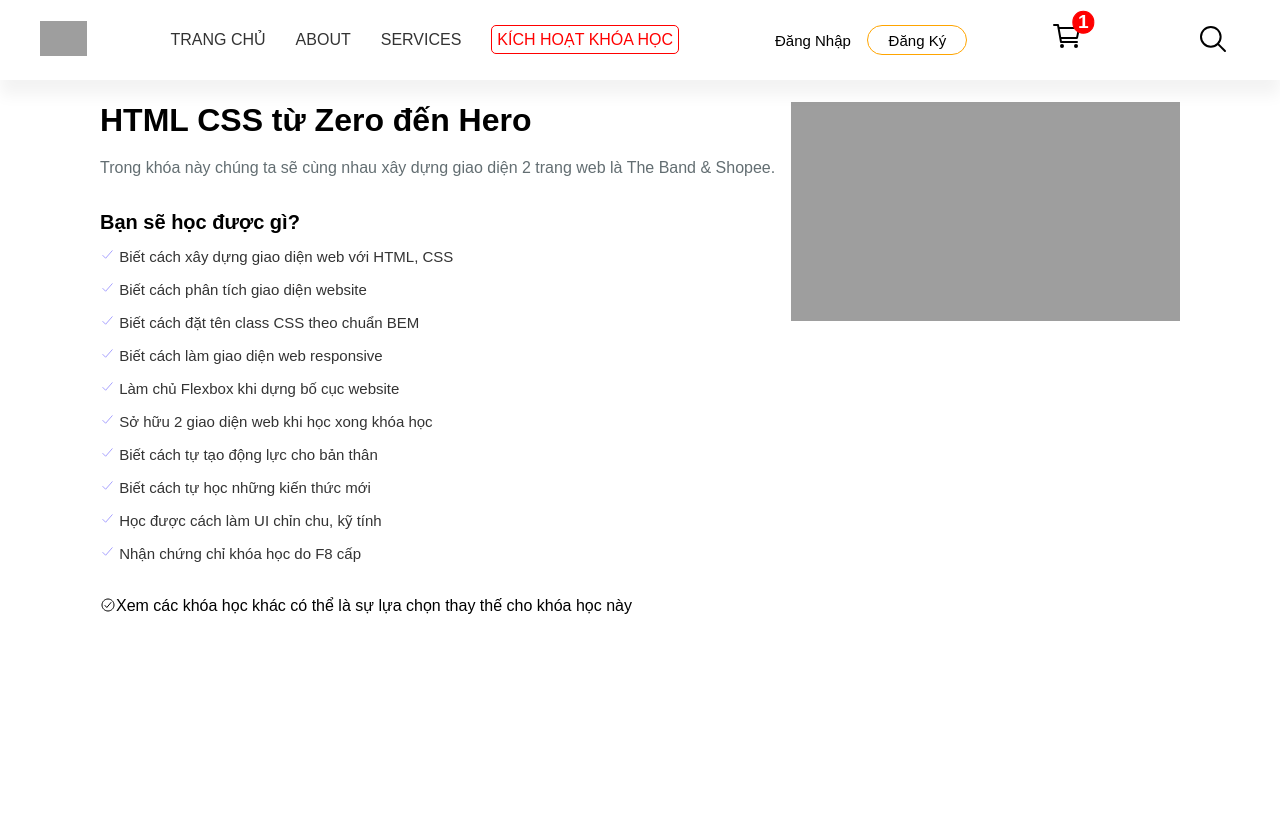
Repository: hoanghuuphuc/hoanghuuphuc
Page: details.html
An editor plug-in stored every save of this project. The page is shown before and after the next save, followed by the edit.
The browser window is 1280 px wide. The pictures show the whole page.
Pictures or frames that could not be fetched are drawn as grey boxes.

Above is the page before, as saved 2022-12-11 21:48:19.
Console error: TypeError: Cannot read properties of null (reading 'addEventListener')

### details.html
<!DOCTYPE html>
<html lang="en">
  <head>
    <meta charset="UTF-8" />
    <meta http-equiv="X-UA-Compatible" content="IE=edge" />
    <meta name="viewport" content="width=device-width, initial-scale=1.0" />
    <title>Product-Details</title>
    <link rel="stylesheet" href="./style.css" />
    <link rel="stylesheet" href="./rps_mobile.css" />
    <link rel="preconnect" href="https://fonts.gstatic.com" />
  </head>
  <body>
    <header>
      <div class="logo">
        <a href="">
          <img id="img" src="./Img/logene.jfif" alt="" />
        </a>
      </div>
      <div class="group">
        <ul class="navigation">
          <li><a href="">Trang Chủ</a></li>
          <li><a href="">About</a></li>
          <li><a href="">Services</a></li>
          <li><a id="active" href="">Kích Hoạt Khóa Học</a></li>
        </ul>
      </div>
      <div class="User">
        <div class="but">
          <button>Đăng Nhập</button>
          <button>Đăng Ký</button>
        </div>
      </div>
      <div class="icons">
        <ion-icon name="cart-outline"></ion-icon>
        <span>1</span>
      </div>
      <div class="search">
        <span class="icon">
          <ion-icon name="search-outline" class="searchBtn"></ion-icon>
          <ion-icon name="close-outline" class="closeBtn"></ion-icon>
        </span>
      </div>
      <ion-icon name="menu-outline" class="menuToggle"></ion-icon>
      <div class="searchBox">
        <input type="text" placeholder="Search here . . ." />
      </div>
    </header>
    <div class="details-section">
      <div class="details-left">
        <div class="details-left-name">
          <h1>HTML CSS từ Zero đến Hero</h1>
          <span
            >Trong khóa này chúng ta sẽ cùng nhau xây dựng giao diện 2 trang web
            là The Band & Shopee.</span
          >
        </div>
        <span class="bonus">Bạn sẽ học được gì?</span>
        <div class="details-left-content">
          <ul>
            <li>
              <ion-icon name="checkmark-outline"></ion-icon>
              Biết cách xây dựng giao diện web với HTML, CSS
            </li>
            <li>
              <ion-icon name="checkmark-outline"></ion-icon>
              Biết cách phân tích giao diện website
            </li>
            <li>
              <ion-icon name="checkmark-outline"></ion-icon>
              Biết cách đặt tên class CSS theo chuẩn BEM
            </li>
            <li>
              <ion-icon name="checkmark-outline"></ion-icon>
              Biết cách làm giao diện web responsive
            </li>
            <li>
              <ion-icon name="checkmark-outline"></ion-icon>
              Làm chủ Flexbox khi dựng bố cục website
            </li>
          </ul>
          <ul>
            <li>
              <ion-icon name="checkmark-outline"></ion-icon>
              Sở hữu 2 giao diện web khi học xong khóa học
            </li>
            <li>
              <ion-icon name="checkmark-outline"></ion-icon>
              Biết cách tự tạo động lực cho bản thân
            </li>
            <li>
              <ion-icon name="checkmark-outline"></ion-icon>
              Biết cách tự học những kiến thức mới
            </li>
            <li>
              <ion-icon name="checkmark-outline"></ion-icon>
              Học được cách làm UI chỉn chu, kỹ tính
            </li>
            <li>
              <ion-icon name="checkmark-outline"></ion-icon>
              Nhận chứng chỉ khóa học do F8 cấp
            </li>
          </ul>
        </div>
        <div class="details-left-tag">
          <ion-icon name="checkmark-circle-outline"></ion-icon>
          <p>
            Xem các khóa học khác có thể là sự lựa chọn thay thế cho khóa học
            này
          </p>
        </div>
      </div>
      <div class="details-right">
        <div class="details-right-video">
          <iframe
            width="389"
            height="219"
            src="https://www.youtube.com/embed/YTDHcEJs684"
            title="YouTube video player"
            frameborder="0"
            allow="accelerometer; autoplay; clipboard-write; encrypted-media; gyroscope; picture-in-picture"
            allowfullscreen></iframe>
        </div>
      </div>
    </div>

    <script src="./app.js"></script>
    <script
      type="module"
      src="https://unpkg.com/ionicons@5.5.2/dist/ionicons/ionicons.esm.js"></script>
    <script
      nomodule
      src="https://unpkg.com/ionicons@5.5.2/dist/ionicons/ionicons.js"></script>
  </body>
</html>

### style.css
* {
  margin: 0;
  padding: 0;
  box-sizing: border-box;
  font-family: "Poppins", sans-serif;
}
body {
  min-height: 100vh;
  overflow-x: hidden;
}
header {
  position: absolute;
  position: fixed;
  z-index: 100;
  top: 0;
  left: 0;
  width: 100%;
  height: 80px;
  background: #fff;
  padding: 20px 40px;
  display: flex;
  justify-content: space-between;
  align-items: center;
  box-shadow: 0px 15px 15px rgba(0, 0, 0, 0.05);
}
.logo img {
  height: 35px;
}
.group {
  display: flex;
  align-items: center;
}
header ul {
  position: relative;
  display: flex;
  gap: 30px;
}
header ul li {
  list-style: none;
}
header ul li a {
  position: relative;
  text-decoration: none;
  font-size: 1em;
  color: #333;
  text-transform: uppercase;
}
header ul li #active {
  border: 1px solid red;
  padding: 5px;
  color: red;
  border-radius: 5px;
}
header ul li a::before {
  content: "";
  position: absolute;
  bottom: -2px;
  width: 100%;
  height: 2px;
  background: #333;
  transform: scaleX(0);
  transition: transform 0.5s ease-in-out;
  transform-origin: right;
}
header ul li a:hover {
  opacity: 0.5;
}
header .User {
  display: flex;
  align-items: center;
}
header .User .but button:nth-child(1) {
  color: #000;
  font-size: 15px;
  height: 30px;
  width: 100px;
  outline: none;
  border: none;
  background: #fff;
}
header .User .but button:nth-child(2) {
  color: #000;
  font-size: 15px;
  height: 30px;
  width: 100px;
  border: 1px solid orange;
  background: #fff;
  border-radius: 15px;
}
header .User .but button:hover {
  opacity: 0.5;
}
header .icons {
  font-size: 2em;
  position: relative;
}
header .icons span {
  position: absolute;
  top: 0%;
  right: 0%;
  line-height: 5%;
  margin-bottom: 50px;
  font-size: 60%;
  color: #fff;
  border: 1px solid red;
  background: red;
  padding: 10px 5px 10px 5px;
  text-align: center;
  font-family: Arial, Helvetica, sans-serif;
  transform: translateX(50%) translateY(-40%);
  border-radius: 100%;
  font-weight: bold;
}
header .search {
  position: relative;
  display: flex;
  justify-content: center;
  align-items: center;
  font-size: 2em;
  z-index: 10;
  cursor: pointer;
}
.searchBox {
  position: absolute;
  right: -100%;
  width: 100%;
  height: 100%;
  display: flex;
  background: #fff;
  align-items: center;
  padding: 0 30px;
  transition: 0.5s ease-in-out;
}
.searchBox.active {
  right: 0;
}
.searchBox input {
  width: 100%;
  border: none;
  outline: none;
  height: 50px;
  color: #333;
  font-size: 1.25em;
  background: #fff;
  border-bottom: 1px solid rgba(0, 0, 0, 0.5);
}
.searchBtn {
  position: relative;
  left: 30px;
  top: 2.5px;
  transition: 0.5s ease-in-out;
}
.searchBtn.active {
  left: 0;
}
.closeBtn {
  opacity: 0;
  visibility: hidden;
  transition: 0.5s;
  scale: 0;
}
.closeBtn.active {
  opacity: 1;
  visibility: visible;
  transition: 0.5s;
  scale: 1;
}
.menuToggle {
  position: relative;
  display: none;
  left: 0;
}
.banner img {
  background-repeat: no-repeat;
  background-size: cover;
  margin-top: 4%;
}
.content {
  display: flex;
  flex-direction: row;
  margin-top: 50px;
  user-select: none;
  justify-content: center;
}
.content .content-1 {
  background-color: black;
  height: 2px;
  width: 200px;
}
.content .content-2 {
  font-size: 30px;
  font-family: "Segoe UI", Tahoma, Geneva, Verdana, sans-serif;
  font-weight: 600;
  padding: 10px;
  margin-top: -32px;
}
.content .content-3 {
  background-color: black;
  height: 2px;
  width: 200px;
}
.boxs {
  display: flex;
  justify-content: center;
  flex-wrap: wrap;
}
.box {
  margin-top: 10px;
  padding: 20px;
  margin: 10px;
  background: #f0f0f0;
  border-radius: 15px;
}
.box-image img {
  height: 250px;
  border-radius: 5%;
}
.box-content .box-name {
  display: flex;
  justify-content: center;
  align-items: center;
  padding: 10px;
}
.box-content .box-name span {
  font-weight: 700;
  margin-right: 5px;
  font-size: 20px;
  font-family: "Segoe UI", Tahoma, Geneva, Verdana, sans-serif;
  overflow: hidden;
  text-overflow: ellipsis;
  white-space: nowrap;
  width: 200px;
  text-align: center;
}
.box-content .box-price {
  display: flex;
  flex-direction: column;
  justify-content: center;
  padding: 5px 10px 10px 10px;
}
.box-content .box-price .price {
  padding: 0px 10px 10px 10px;
}
.price {
  overflow: hidden;
  text-overflow: ellipsis;
  white-space: nowrap;
  width: 210px;
}
.box-content .box-price .price span {
  font-size: 18px;
  font-weight: 500;
}
.box-content .box-price .price a {
  font-weight: 600;
}
.sale {
  overflow: hidden;
  text-overflow: ellipsis;
  white-space: nowrap;
  width: 210px;
}
.box-content .box-price .sale {
  padding: 0px 10px 0px 10px;
}
.box-content .box-price .sale span {
  font-size: 18px;
}
.box-content .box-price .sale a {
  font-size: 18px;
  color: red;
  font-weight: bold;
  text-decoration: none;
}
.box-btn {
  display: flex;
  justify-content: space-between;
  align-items: center;
  border-top: 1px solid #c0c0c0;
}
.box-btn button {
  padding: 5px 20px;
  font-size: 16px;
  font-weight: 500;
  font-family: "Lucida Sans", "Lucida Sans Regular", "Lucida Grande",
    "Lucida Sans Unicode", Geneva, Verdana, sans-serif;
  color: orangered;
  border: 1px solid orangered;
  border-radius: 5px;
  margin-top: 15px;
}
.box-btn button:hover {
  opacity: 0.5;
}
.box-btn ion-icon {
  font-size: 25px;
  font-weight: 500;
  color: orangered;
  margin-top: 15px;
  font-weight: 300;
}
.box-btn ion-icon:hover {
  opacity: 0.5;
}
.title {
  padding: 20px 0px 20px 150px;
}
.title span {
  font-size: 18px;
}
.tabs {
  display: flex;
  justify-content: flex-start;
  padding: 10px 150px 0px 150px;
  flex-wrap: wrap;
}
.tabs .tab-item {
  margin: 0px 0px 0px 5px;
}
.tabs .line {
  position: absolute;
  left: 0;
  bottom: 0;
  width: 0;
  height: 6px;
  border-radius: 15px;
  transition: all 0.2s ease;
}
.tab-item {
  min-width: 80px;
  padding: 5px 10px;
  font-size: 20px;
  text-align: center;
  color: #181821;
  background-color: #dee1e2;
  border-top-left-radius: 5px;
  border-top-right-radius: 5px;
  border-bottom: 5px solid transparent;
  opacity: 0.6;
  cursor: pointer;
  transition: all 0.5s ease;
  display: flex;
  justify-content: center;
  align-items: center;
  border-bottom: 2px solid #000;
}
.tab-icon {
  font-size: 24px;
  position: relative;
}
.tab-item:hover {
  opacity: 1;
  background-color: rgba(194, 53, 100, 0.05);
  border-color: rgba(194, 53, 100, 0.1);
}
.tab-item.active {
  opacity: 1;
  color: #ff4500;
  font-weight: 500;
  border-bottom: 2px solid #ff4500;
}
.tab-content {
  padding: 28px 0px 0px 150px;
}
.tab-pane {
  color: #333;
  display: none;
}
.tab-pane.active {
  display: block;
}
.tab-pane h2 {
  font-size: 24px;
  margin-bottom: 8px;
}
.boxeds {
  display: flex;
  flex-wrap: wrap;
}
.boxed {
  margin-top: 10px;
  padding: 20px;
  margin: 20px 20px 10px 0px;
  background: #f0f0f0;
  border-radius: 15px;
}
.boxed-image img {
  height: 250px;
  width: auto;
  border-radius: 10px;
  overflow: hidden;
  object-fit: cover;
}
.boxed-content .boxed-content-name {
  display: flex;
  justify-content: center;
  align-items: center;
  padding: 10px;
}
.boxed-content-name span {
  font-weight: 600;
  margin-right: 5px;
  font-size: 20px;
  font-family: "Segoe UI", Tahoma, Geneva, Verdana, sans-serif;
  overflow: hidden;
  text-overflow: ellipsis;
  white-space: nowrap;
  width: 200px;
  text-align: center;
  font-weight: 700;
}
.boxed-content-price {
  padding: 5px 10px 10px 10px;
}
.boxed-content-price1 span {
  font-size: 18px;
  font-weight: 500;
}
.boxed-content-price1 a {
  font-weight: 600;
}
.boxed-content-sale {
  padding: 10px 10px 10px 0px;
}
.boxed-content-sale span {
  font-size: 18px;
  font-weight: 500;
}
.boxed-content-sale a {
  font-weight: 600;
  color: red;
}
.boxed-content-btn {
  display: flex;
  justify-content: space-between;
  align-items: center;
  border-top: 1px solid #c0c0c0;
}
.boxed-content-btn button {
  padding: 5px 20px;
  font-size: 16px;
  font-weight: 500;
  font-family: "Lucida Sans", "Lucida Sans Regular", "Lucida Grande",
    "Lucida Sans Unicode", Geneva, Verdana, sans-serif;
  color: orangered;
  border: 1px solid orangered;
  border-radius: 5px;
  margin-top: 15px;
}
.boxed-content-btn button:hover {
  opacity: 0.5;
}
.boxed-content-btn ion-icon {
  font-size: 25px;
  font-weight: 500;
  color: orangered;
  margin-top: 15px;
  font-weight: 300;
}
.boxed-content-btn ion-icon:hover {
  opacity: 0.5;
}
footer {
  background: #181821;
  display: flex;
  justify-content: space-around;
  padding: 100px;
}
.footer-one a {
  font-size: 25px;
  padding: 5px;
  color: #fff;
  font-weight: 600;
}
.footer-one ul li {
  color: #a9b3bb;
  list-style: none;
  padding: 5px;
  font-size: 16px;
}
.footer-one span {
  font-style: italic;
}
.footer-two span {
  font-size: 25px;
  padding: 5px;
  color: #fff;
  font-weight: 600;
}
.footer-two ul li {
  color: #a9b3bb;
  list-style: none;
  padding: 5px;
  font-size: 16px;
}
.footer-three span {
  font-size: 25px;
  padding: 5px;
  color: #fff;
  font-weight: 600;
}
.footer-three ul li {
  color: #a9b3bb;
  list-style: none;
  padding: 5px;
  font-size: 16px;
}
.footers {
  display: flex;
  justify-content: space-around;
  background: #181821;
  padding: 10px;
  border-top: 2px solid #333;
  align-items: center;
}
.footers-text {
  color: #a9b3bb;
  font-size: 16px;
}
.footers-media img {
  width: auto;
  height: 40px;
  object-fit: cover;
  padding: 5px;
}
/* Css của form login */
.container {
  display: flex;
  justify-content: center;
  flex-direction: column;
  align-items: center;
  min-height: 100vh;
}
.form-login {
  border: 1px solid #999;
  padding: 50px 50px 30px 50px;
  width: 400px;
}
.form-login-input {
  margin: 15px 0;
}
.form-login-image {
  display: flex;
  justify-content: center;
  margin-bottom: 50px;
}
.form-input {
  border: 1px solid #999;
  border-radius: 4px;
  width: 100%;
  height: 50px;
  padding: 0 20px;
  transition: 0.25s ease;
  outline: none;
}
.form-input:focus {
  border-color: #ff4500;
}
.form-login-input {
  position: relative;
}
.form-label {
  position: absolute;
  top: 50%;
  transform: translateY(-50%);
  left: 21px;
  user-select: none;
  color: #999;
  pointer-events: none;
  transition: 0.25s ease;
}
.form-input:not(:placeholder-shown) + .form-label,
.form-input:focus + .form-label {
  top: 0;
  left: 11px;
  padding: 0 10px;
  display: inline-block;
  background-color: #fff;
  color: #ff4500;
  font-weight: 500;
  font-size: 14px;
}
.form-login-input .fa-regular {
  position: absolute;
  left: 90%;
  top: 18px;
  cursor: pointer;
}
.form-login-input .hidden {
  display: none;
}
.remember {
  display: flex;
  align-items: center;
}
.remember span {
  color: #999;
  margin-left: 10px;
}
.btn-login button {
  margin-top: 10px;
  width: 100%;
  padding: 8px;
  font-weight: 600;
  font-style: 20px;
  transition: 0.25s ease;
  font-family: "Segoe UI", Tahoma, Geneva, Verdana, sans-serif;
}
.btn-login button:hover {
  opacity: 0.5;
}
.or {
  display: flex;
  flex-direction: row;
  margin-top: 20px;
  user-select: none;
  justify-content: center;
}
.or-left {
  background-color: #999;
  height: 1px;
  width: 45%;
}
.or-center {
  font-family: "Segoe UI", Tahoma, Geneva, Verdana, sans-serif;
  font-weight: 600;
  padding: 10px;
  margin-top: -22px;
  color: #999;
}
.or-right {
  background-color: #999;
  height: 1px;
  width: 45%;
}
.forgot {
  padding-top: 20px;
  display: flex;
  justify-content: flex-end;
}
.forgot a {
  text-decoration: none;
  font-weight: 500;
  color: rgb(0, 149, 246);
}
.logins {
  display: grid;
  grid-template-columns: 1fr 3fr;
  align-items: center;
  padding: 0 10px;
}
.logins a {
  text-decoration: none;
}
.logins span {
  color: #333;
  padding-left: 10%;
  font-weight: 600;
  font-family: "Segoe UI", Tahoma, Geneva, Verdana, sans-serif;
}
.logins img {
  height: 30px;
  margin-left: 10px;
  transform: translateX(100%);
}
.login-facebook {
  margin-bottom: 10px;
}
.form-login-2 {
  border: 1px solid #999;
  padding: 20px 60px;
  margin-top: 10px;
}
.form-login-2 span a {
  text-decoration: none;
  font-weight: 600;
  color: rgb(0, 149, 246);
  font-family: "Segoe UI", Tahoma, Geneva, Verdana, sans-serif;
}
/* Css của trang chi tiết */
.details-section {
  margin-top: 8%;
  display: grid;
  grid-template-columns: 3fr 1fr;
  padding: 0 100px;
}
.details-left {
}
.details-left-name {
  margin-bottom: 20px;
}
.details-left-name h1 {
  margin-bottom: 20px;
}
.details-left-name span {
  font-weight: 300;
  color: #636e72;
}
.details-section .bonus {
  font-weight: 600;
  font-size: 20px;
  line-height: 50px;
}
.details-left-content {
  display: flex;
  flex-wrap: wrap;
  justify-content: flex-start;
  align-items: center;
}
.details-left-content ul li {
  list-style: none;
  margin-bottom: 15px;
  padding-left: 0;
  margin-right: 30px;
  font-size: 15px;
  color: #333;
  font-weight: 300;
}
.details-left-content ul li ion-icon {
  color: #a29bfe;
  font-weight: 600;
}
.details-left-tag {
  margin-top: 20px;
  display: flex;
}
.details-right {
}
.details-right-video {
}

### app.js
let searchBtn = document.querySelector(".searchBtn");
let closeBtn = document.querySelector(".closeBtn");
let searchBox = document.querySelector(".searchBox");
let navigation = document.querySelector(".navigation");
let menuToggle = document.querySelector(".menuToggle");
let header = document.querySelector("header");
searchBtn.onclick = function () {
  searchBox.classList.add("active");
  closeBtn.classList.add("active");
  searchBtn.classList.add("active");
  menuToggle.classList.add("hide");
  header.classList.remove("open");
};
closeBtn.onclick = function () {
  searchBox.classList.remove("active");
  closeBtn.classList.remove("active");
  searchBtn.classList.remove("active");
  menuToggle.classList.remove("hide");
};
menuToggle.onclick = function () {
  header.classList.toggle("open");
  searchBox.classList.remove("active");
  closeBtn.classList.remove("active");
  searchBtn.classList.remove("active");
};
const $ = document.querySelector.bind(document);
const $$ = document.querySelectorAll.bind(document);

const tabs = $$(".tab-item");
const panes = $$(".tab-pane");

const tabActive = $(".tab-item.active");
const line = $(".tabs .line");

// SonDN fixed - Active size wrong size on first load.
// Original post: https://www.facebook.com/groups/649972919142215/?multi_permalinks=1175881616551340
requestIdleCallback(function () {
  line.style.left = tabActive.offsetLeft + "px";
  line.style.width = tabActive.offsetWidth + "px";
});

tabs.forEach((tab, index) => {
  const pane = panes[index];

  tab.onclick = function () {
    $(".tab-item.active").classList.remove("active");
    $(".tab-pane.active").classList.remove("active");

    line.style.left = this.offsetLeft + "px";
    line.style.width = this.offsetWidth + "px";

    this.classList.add("active");
    pane.classList.add("active");
  };
});
const input = document.querySelector(".form-input");
const eyeOpen = document.querySelector(".eye-open");
const eyeClose = document.querySelector(".eye-close");
eyeOpen.addEventListener("click", function () {
  eyeOpen.classList.add("hidden");
  eyeClose.classList.remove("hidden");
  input.setAttribute("type", "password");
});
eyeClose.addEventListener("click", function () {
  eyeOpen.classList.remove("hidden");
  eyeClose.classList.add("hidden");
  input.setAttribute("type", "text");
});

Loaded but not shown: css/rps_mobile.css (no copy from this time; the picture is the same without it)

After the next save:
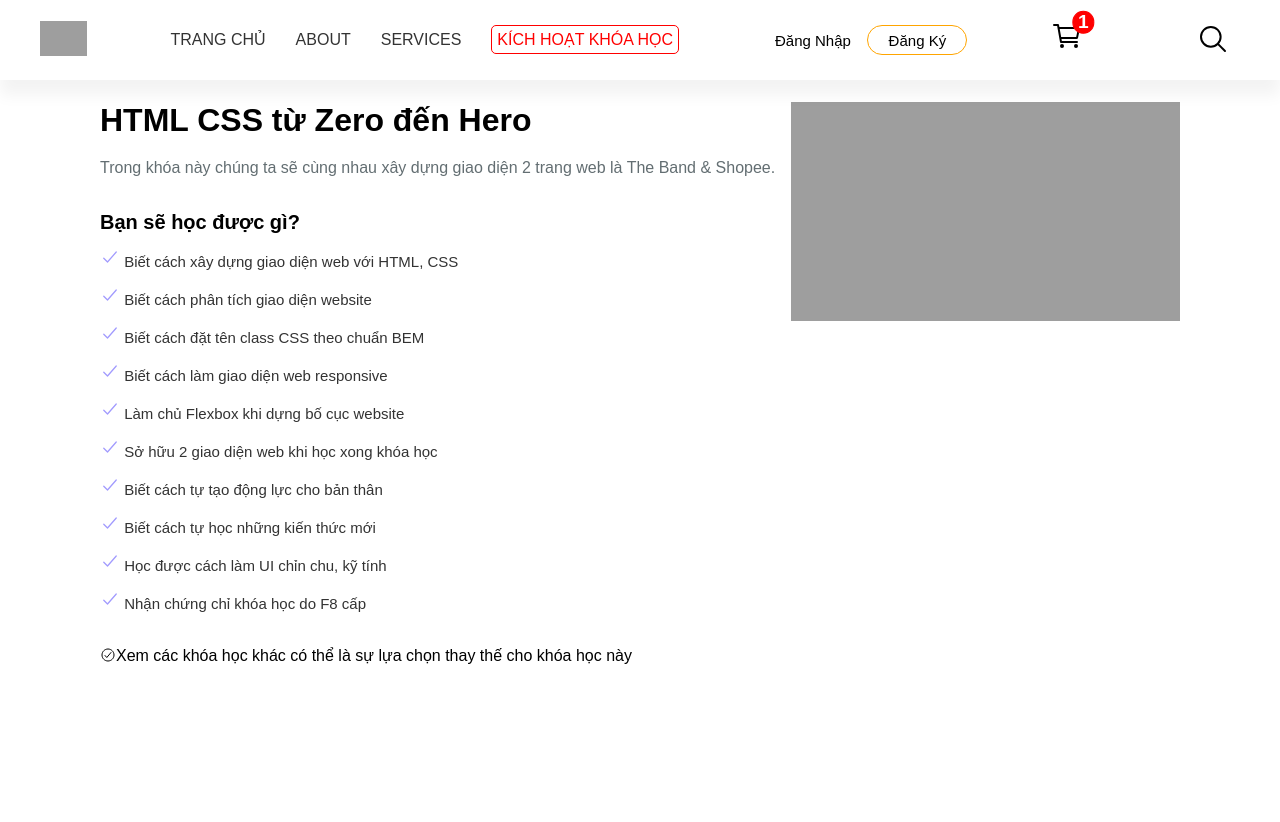
Saved 12 s later.
--- a/style.css
+++ b/style.css
@@ -718,7 +718,7 @@
 }
 .details-left-content ul li ion-icon {
   color: #a29bfe;
-  font-weight: 600;
+  font-size: 20px;
 }
 .details-left-tag {
   margin-top: 20px;

After the save that followed:
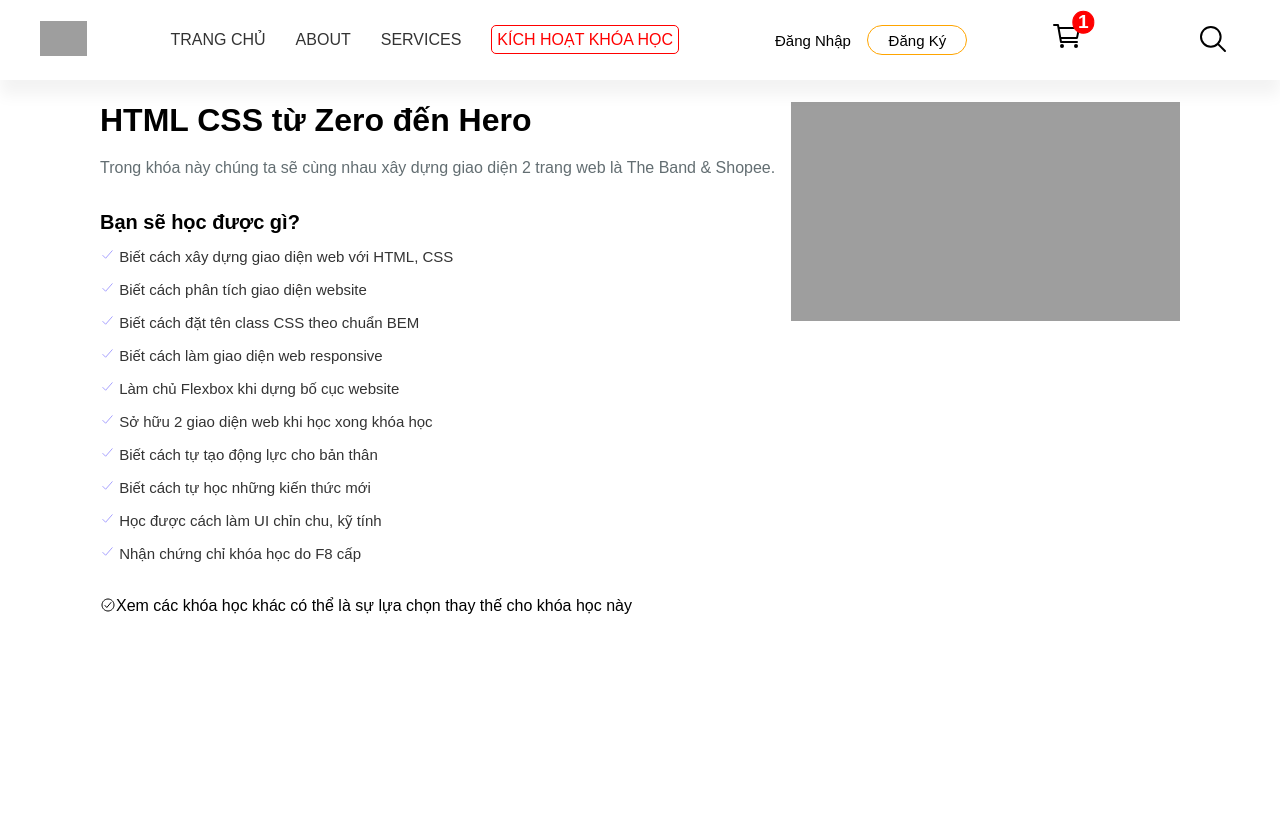
Saved 4 s later.
--- a/style.css
+++ b/style.css
@@ -718,7 +718,7 @@
 }
 .details-left-content ul li ion-icon {
   color: #a29bfe;
-  font-size: 20px;
+  font-size: 15px;
 }
 .details-left-tag {
   margin-top: 20px;
